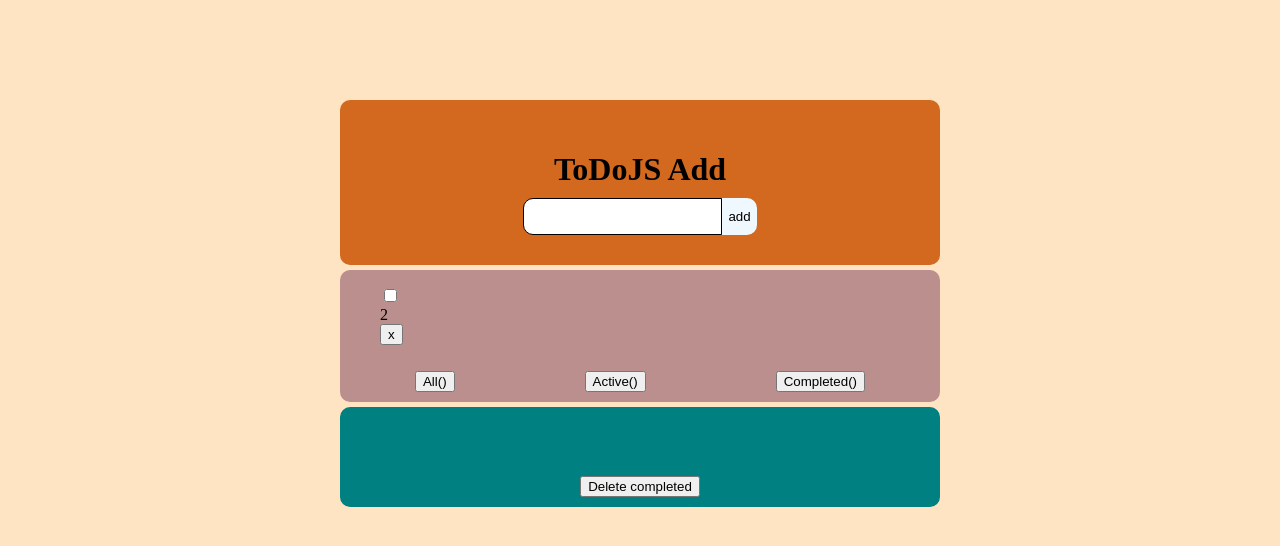
Repository: Savich01/todoTest
Page: index.html
The author's editor kept a copy of each file at every save. The page is drawn from the files as they stood at one save, then again after the next save.
The browser window is 1280 px wide. The pictures show the whole page.

Above is the page before, as saved 2024-05-06 11:17:53.

After the next save:
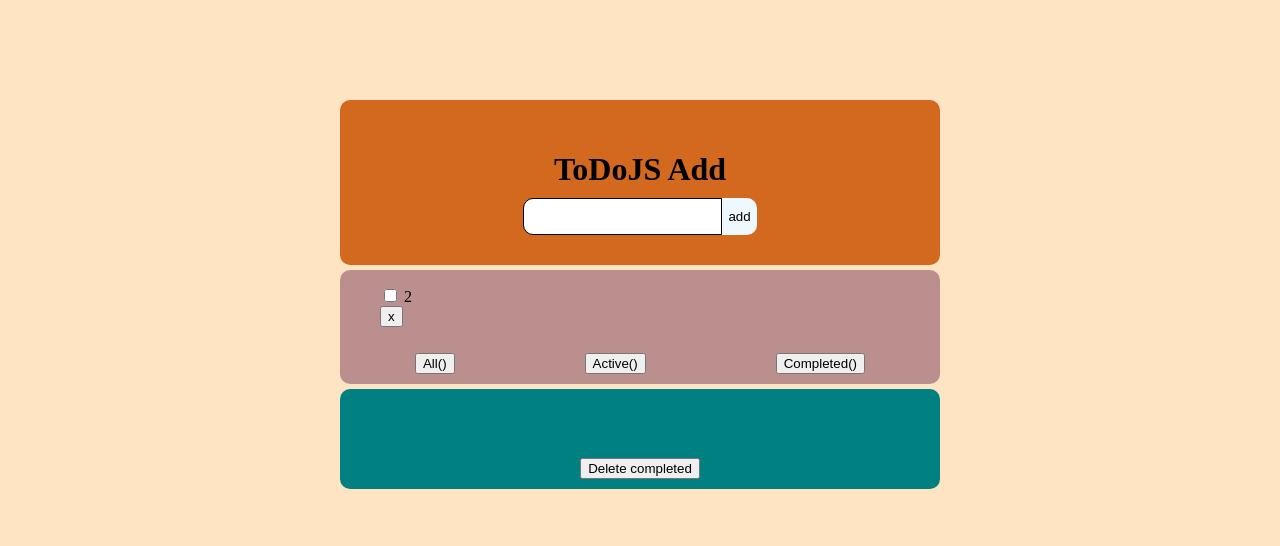
Saved 4 min 52 s later.
--- a/index.html
+++ b/index.html
@@ -23,8 +23,9 @@
 
             <div class="main-container">
                 <ul class="main-container--list">
+
+                <li class="main-container--list-link">
                     <input class="main-checked" type="checkbox">
-                <li class="main-container--list-link">
                     2
                 </li>
                 <button class="main--list-btn">
